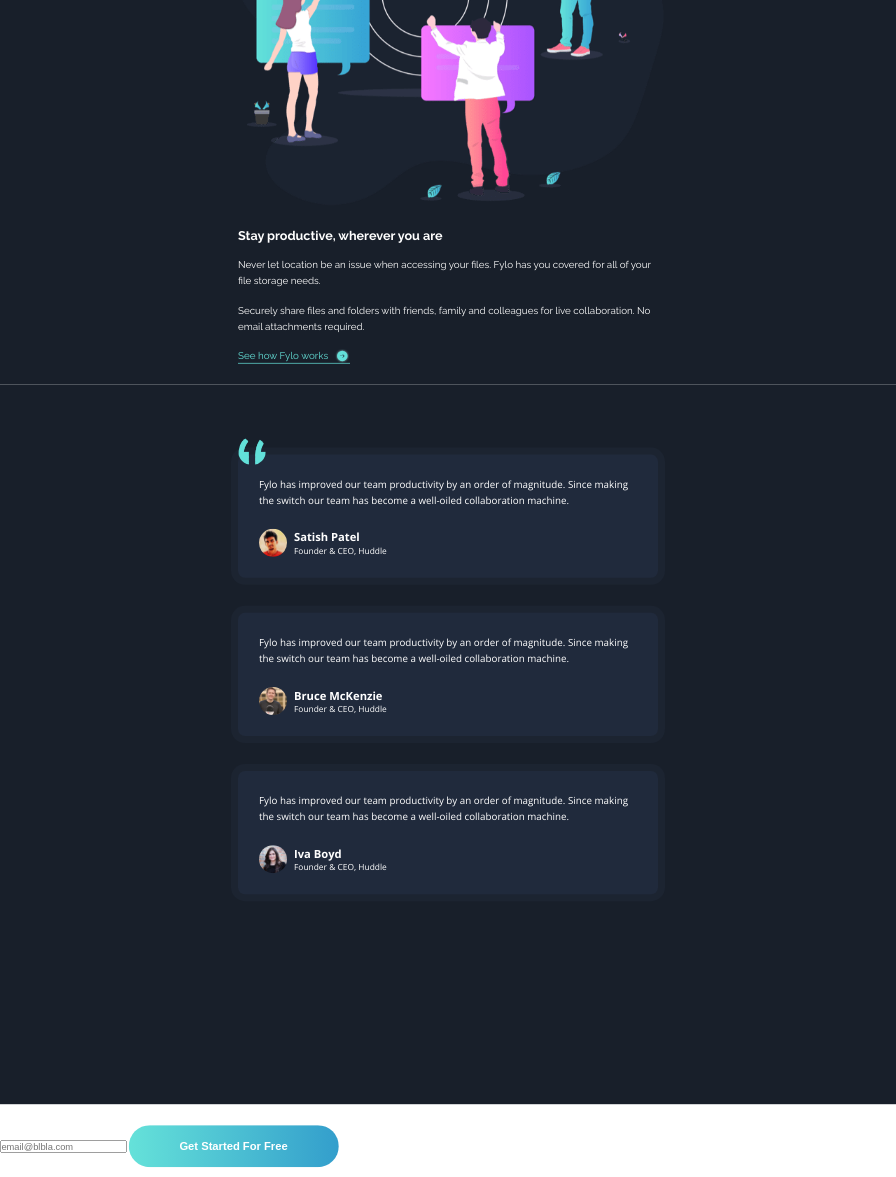
Repository: tomas938/fylo-dark-theme-landing-page-master
Page: index.html
These files come from the project's save history. The page is drawn as it stood at one moment and after the next save; the edit follows.
The browser window is 1280 px wide. The pictures show the part of the page from y = 2118 to 4038 px (the page is 3800 px tall before and 4038 px after), at 70% of full size.
The style sheet was rebuilt from its Sass, Less or Tailwind sources for each picture, by a compiler version that may differ from the author's.

Above is the page before, as saved 2021-08-05 17:10:31.

After the next save:
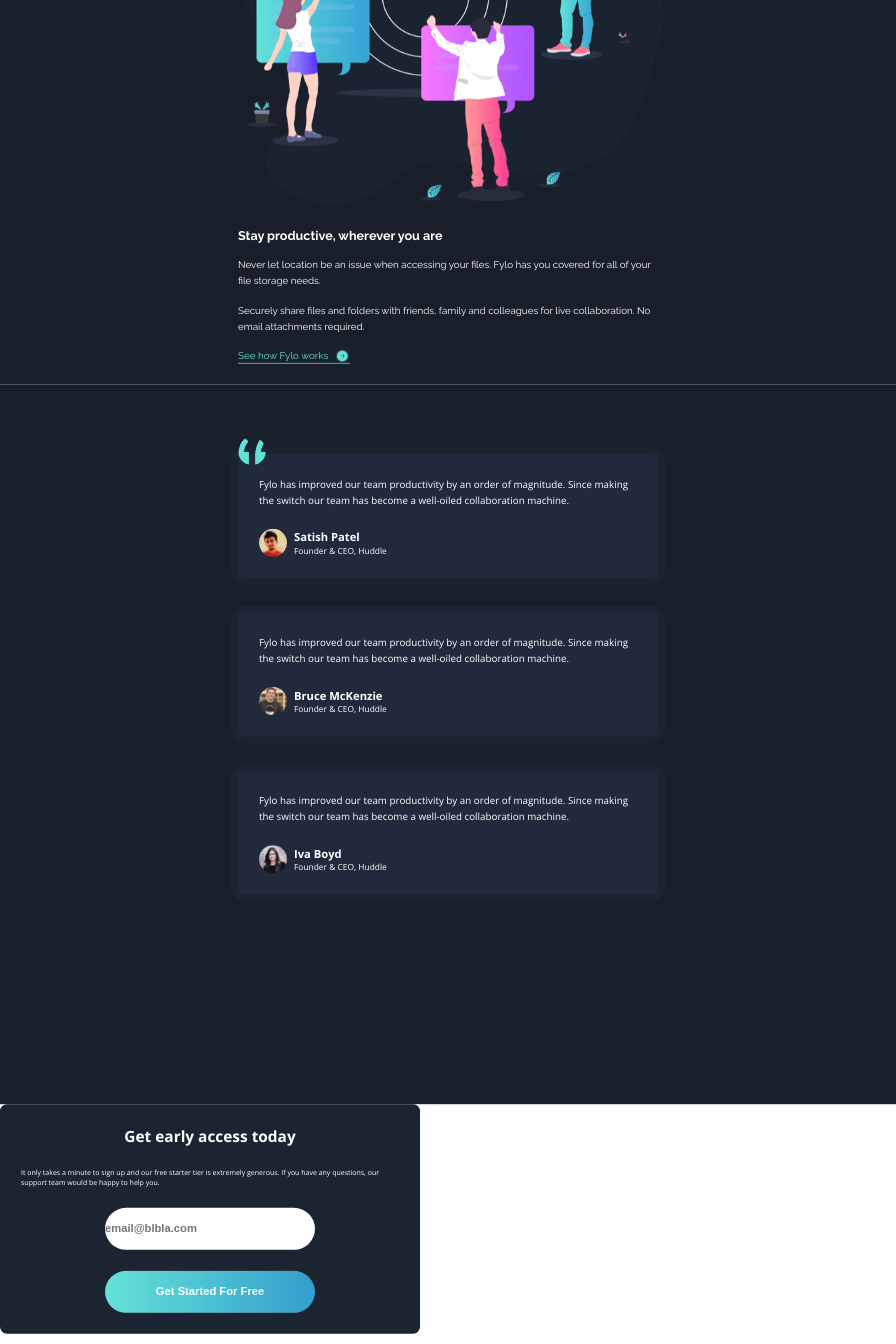
Saved 21 s later.
--- a/scss/main.scss
+++ b/scss/main.scss
@@ -4,3 +4,4 @@
 @import "./_partials/_about";
 @import "./_partials/_informations";
 @import "./_partials/_testimonials";
+@import "./_partials/_contact";
